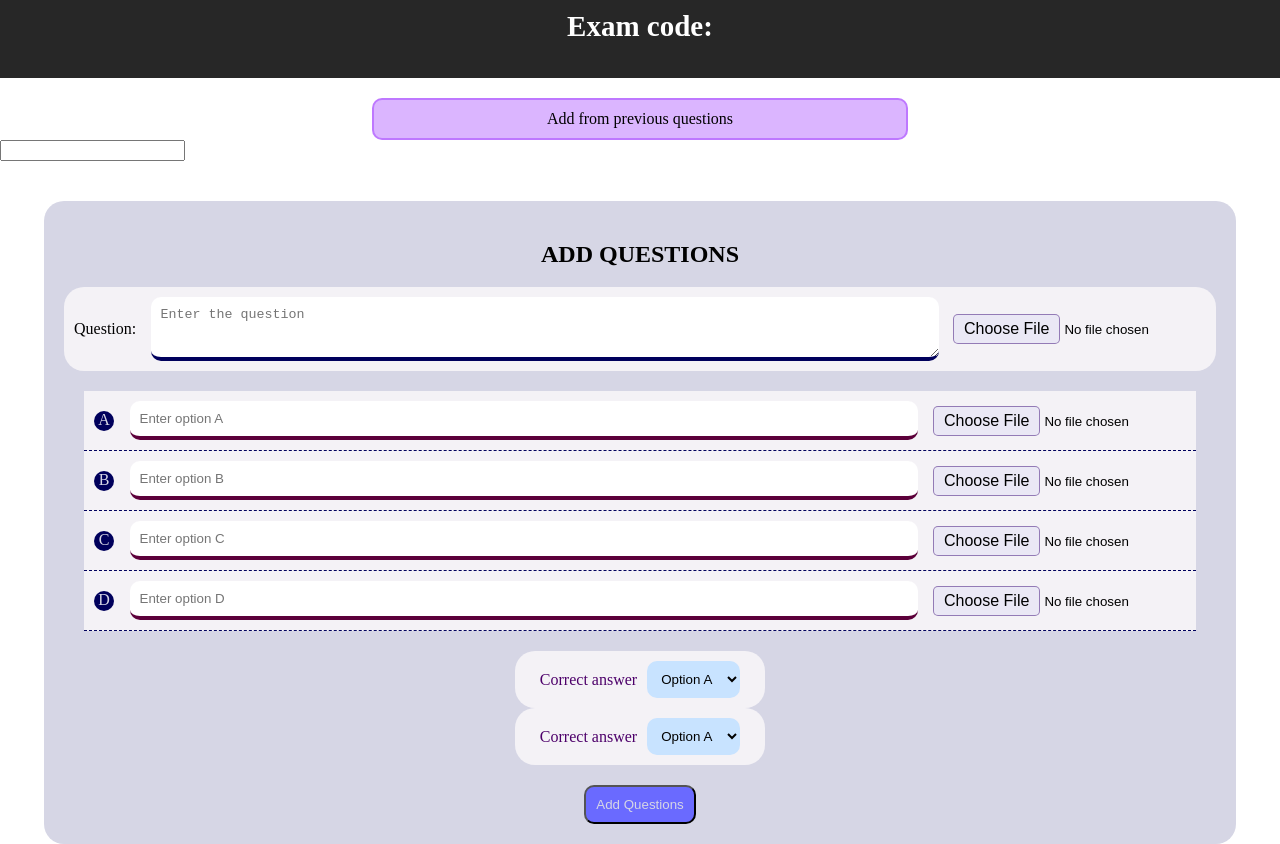
Repository: Buddhadip/ExamPortalApp_struts
Page: http://localhost/ExamWizard/WEB-INF/views/addQuestions.jsp
The author's editor kept a copy of each file at every save. The page is drawn from the files as they stood at one save, then again after the next save.
The browser window is 1280 px wide. The pictures show the whole page.
The page is served by Tomcat 9. Nobody is signed in. The template is opened directly, without the code that normally fills it, so the values that code supplies are empty.

Above is the page before, as saved 2023-07-19 10:43:57.

After the next save:
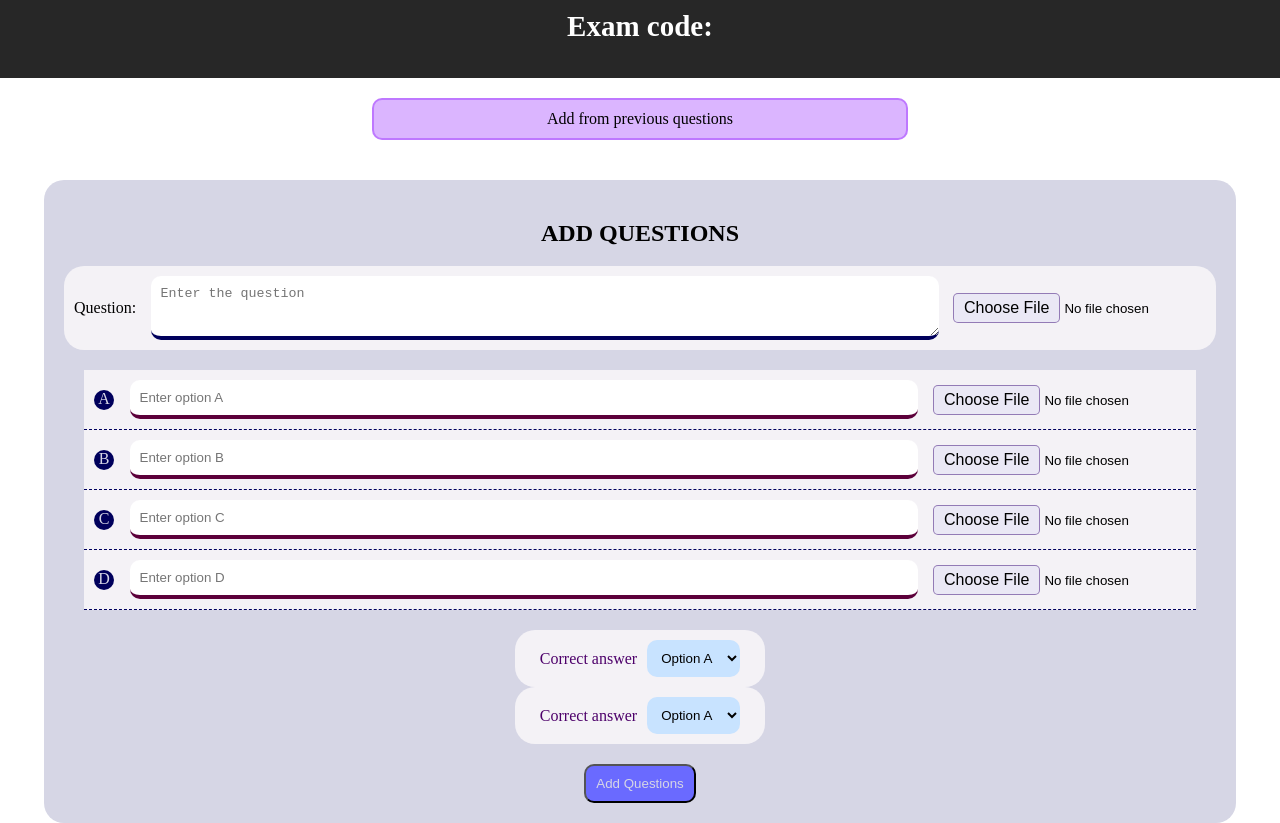
Saved 31 s later.
--- a/ExamWizard/src/main/webapp/WEB-INF/views/addQuestions.jsp
+++ b/ExamWizard/src/main/webapp/WEB-INF/views/addQuestions.jsp
@@ -20,6 +20,7 @@
               id="option-a-image"
               name="eid"
               value= "${eid}"
+              style="display:none;"
             />
         <div class="question-container">
           <h2 style="text-align: center">ADD QUESTIONS</h2>
